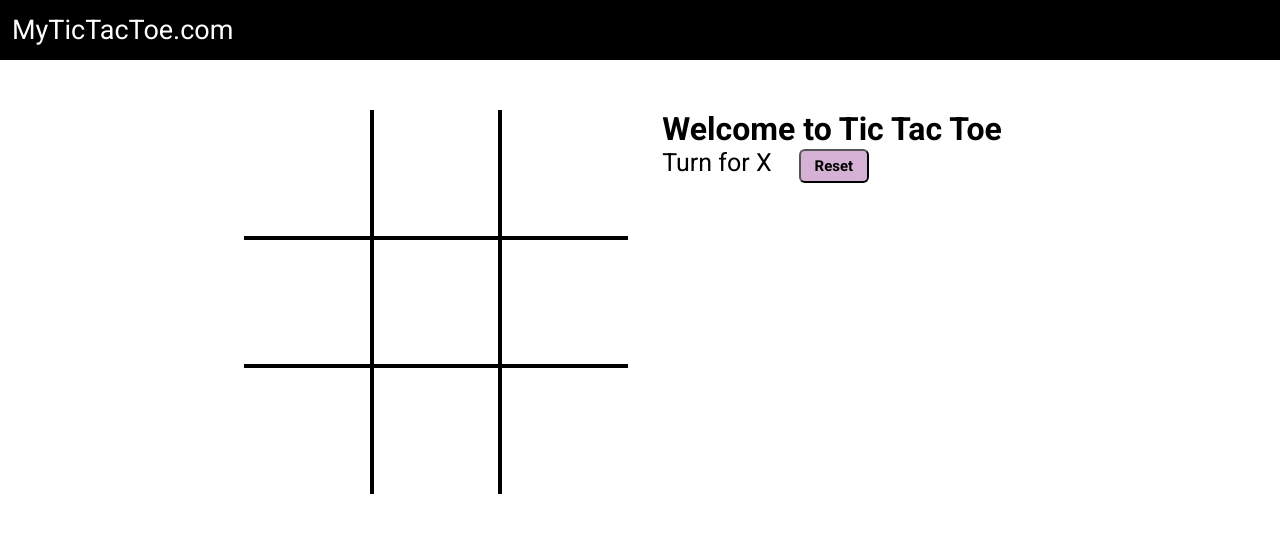
Repository: AshwinUgale/TicTacToe
Page: index.html
The author's editor kept a copy of each file at every save. The page is drawn from the files as they stood at one save, then again after the next save.
The browser window is 1280 px wide. The pictures show the whole page.

Above is the page before, as saved 2024-12-19 13:13:48.

After the next save:
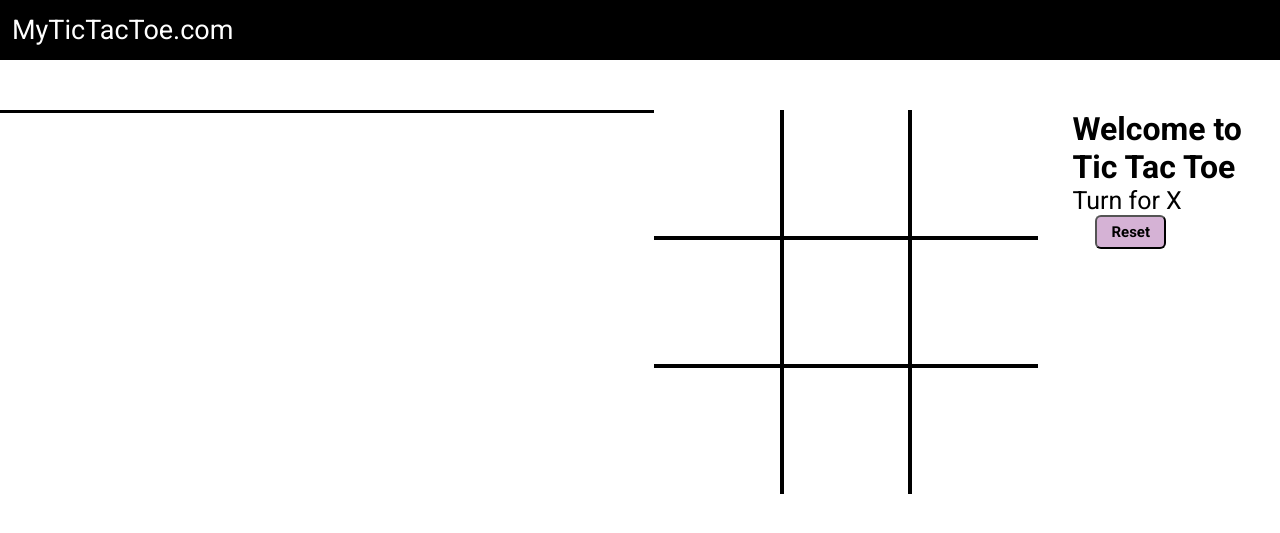
Saved 39 s later.
--- a/style.css
+++ b/style.css
@@ -83,6 +83,11 @@ nav ul{
     font-size: 15px;
 }
 
+.line{
+    background-color: black;
+    width: 100%;
+    height: 3px;
+}
 .info{
     font-size: 25px;
 }
